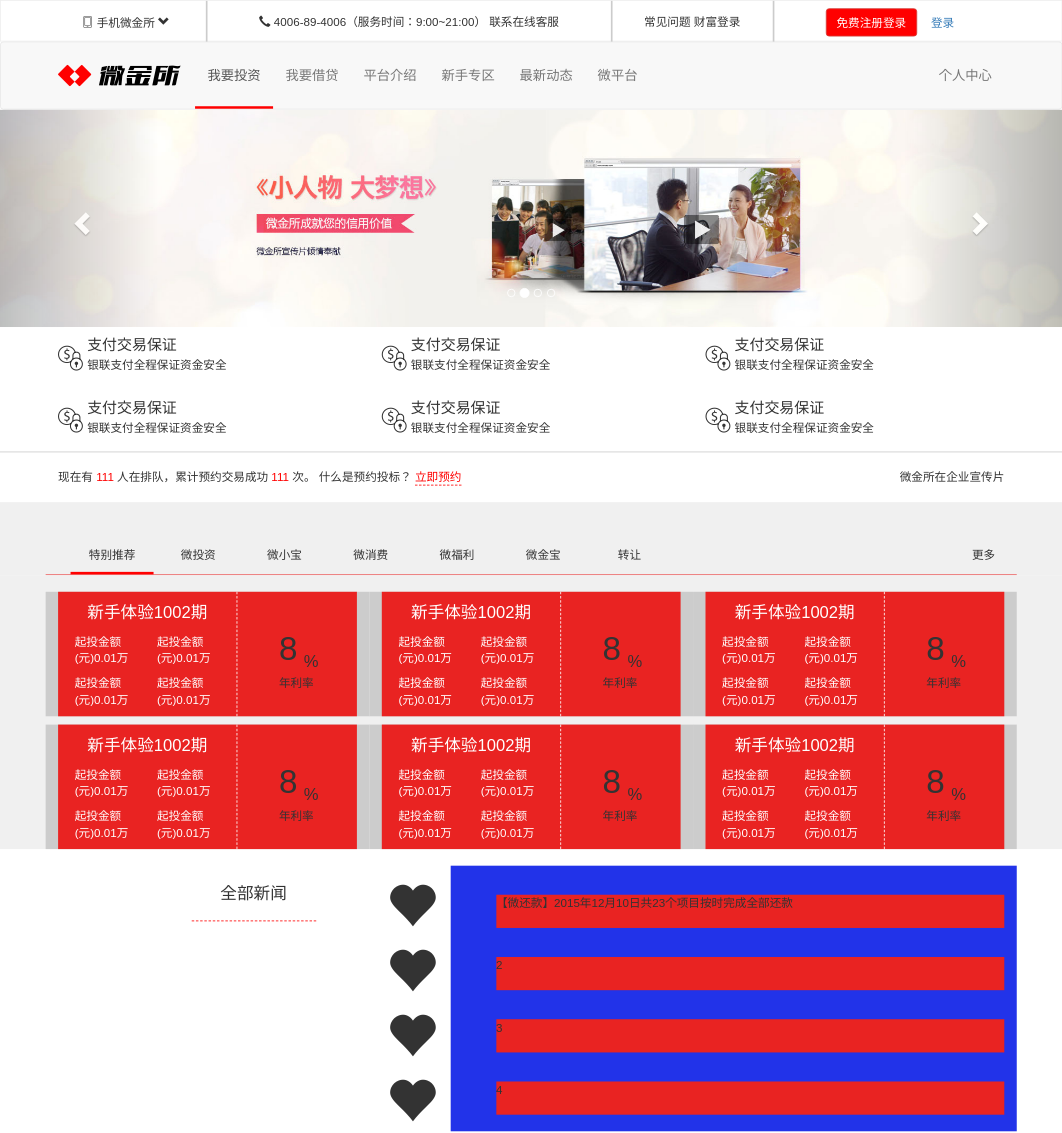
Repository: pwy114pwy/project_02
Page: 菜单.html
These files come from the project's save history. The page is drawn as it stood at one moment and after a run of saves; the edit follows.
The browser window is 1280 px wide. The pictures show the whole page, at 83% of full size.
The style sheet was rebuilt from its Sass, Less or Tailwind sources for each picture, by a compiler version that may differ from the author's.

Above is the page before, as saved 2022-11-23 18:06:26.

After the next 3 saves:
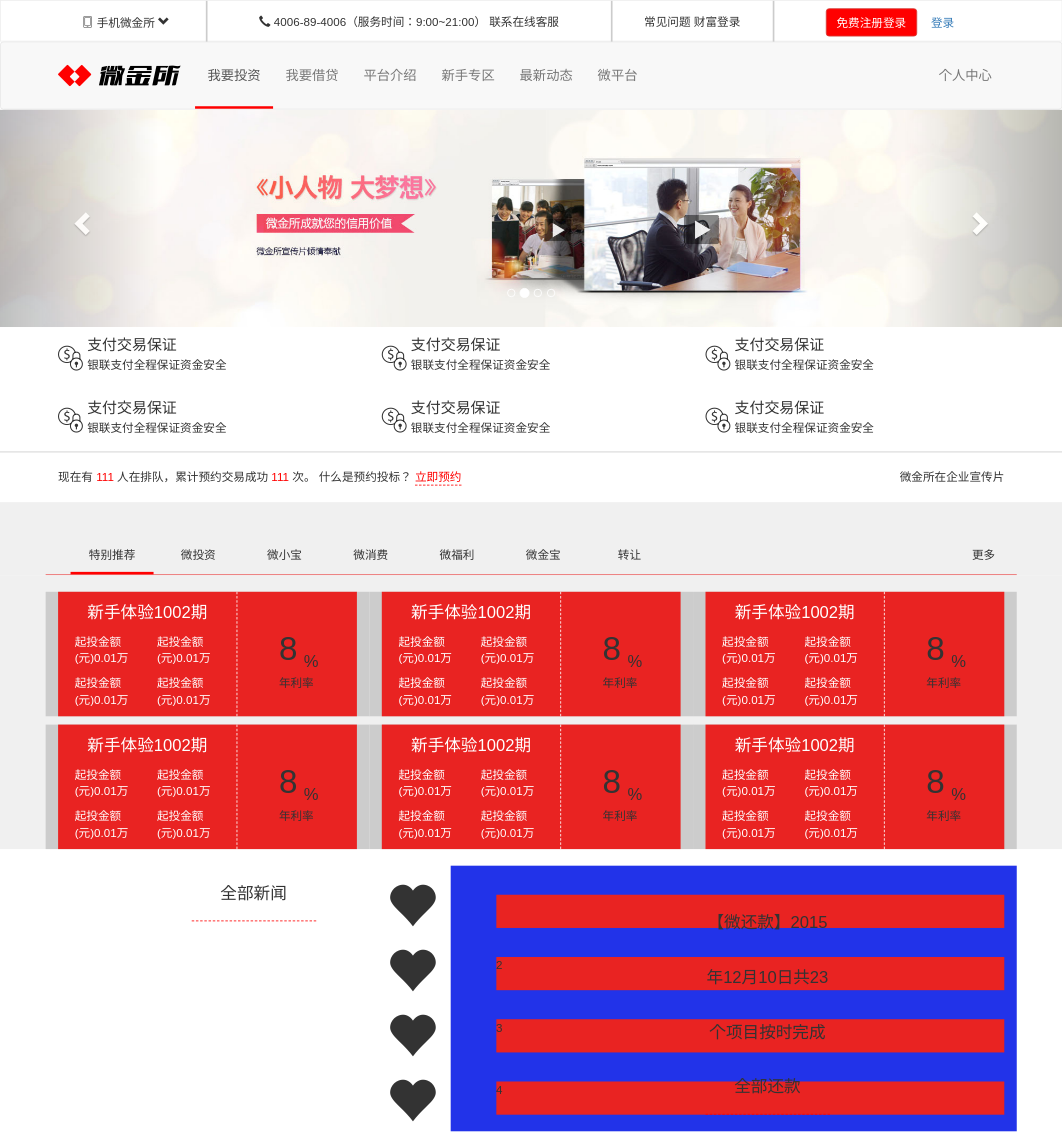
The 3 saves are shown as one change because they came seconds apart.
The last was saved 18 s later.
--- a/菜单.html
+++ b/菜单.html
@@ -379,7 +379,7 @@
                 <div class="col-lg-7">
                     <div>
                         <ul>
-                            <li>【微还款】2015年12月10日共23个项目按时完成全部还款</li>
+                            <li><a href="">【微还款】2015年12月10日共23个项目按时完成全部还款</a></li>
                             <li>2</li>
                             <li>3</li>
                             <li>4</li>
